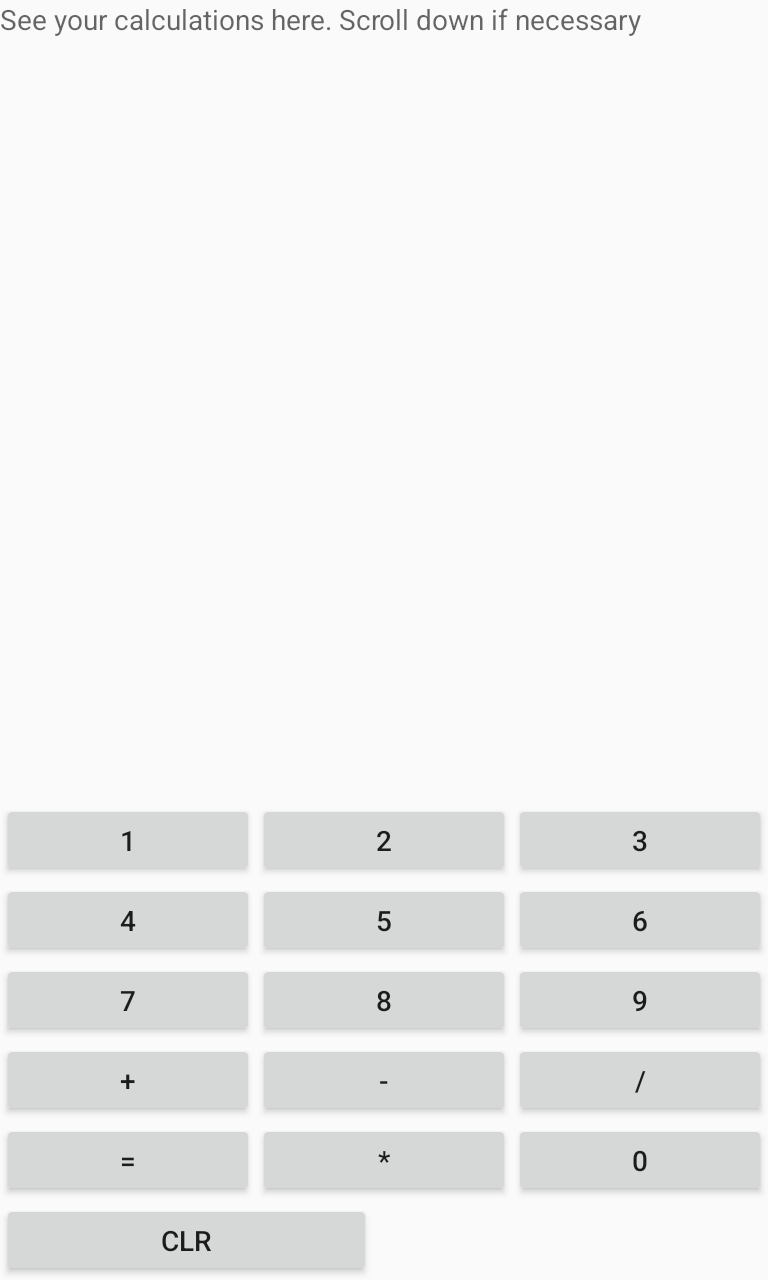
Repository: apoorvelec/AndroidApps
Layout: Calculator1pt1/res/layout/activity_main.xml
An editor plug-in stored every save of this project. The layout is shown before and after the next save, followed by the edit.
It is drawn on a 768 x 1280 px phone screen (xhdpi) without system bars, with theme AppTheme; the app's code is not run.

Above is the layout before, as saved 2016-05-22 18:10:28.

After the next save:
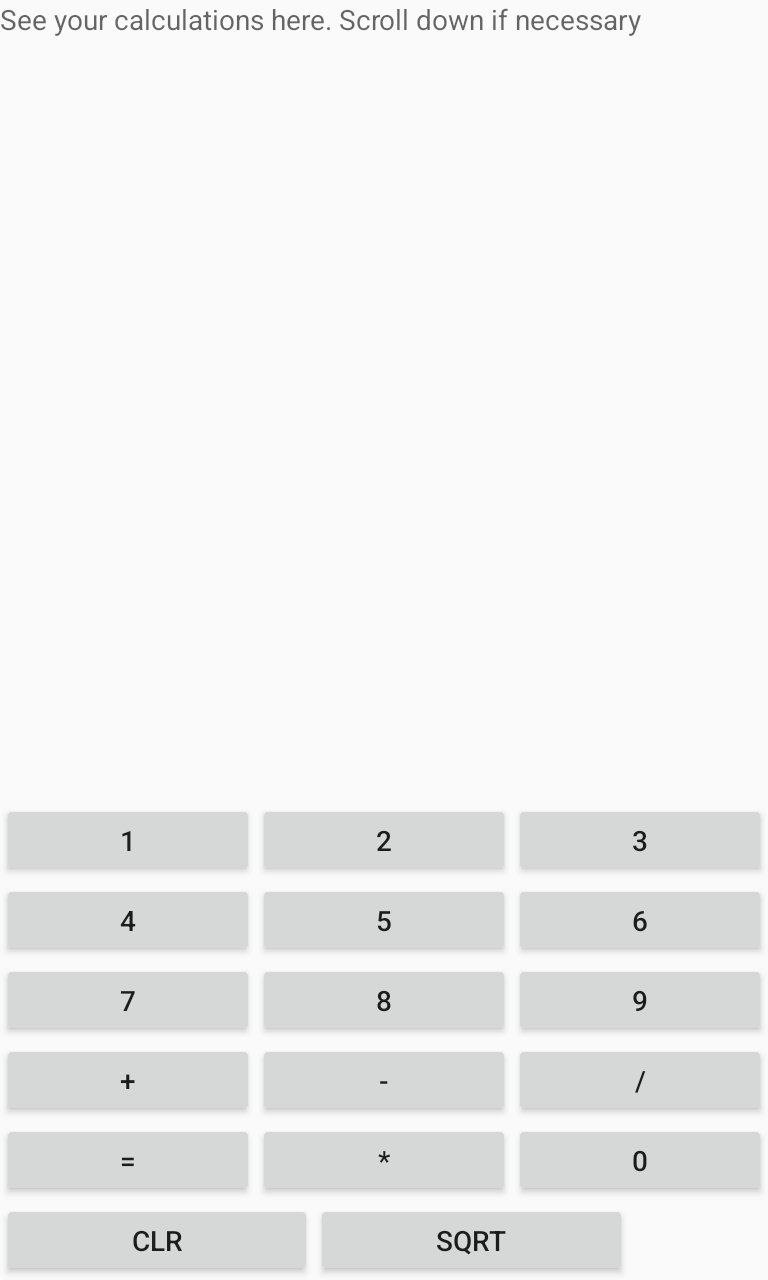
Saved 4 min 44 s later.
--- a/Calculator1pt1/res/layout/activity_main.xml
+++ b/Calculator1pt1/res/layout/activity_main.xml
@@ -142,5 +142,11 @@
            android:text="CLR"
            android:layout_weight="1"
            android:onClick="buttonClick"/>
+       <Button android:id="@+id/button17"
+           android:layout_width="wrap_content"
+           android:layout_height="wrap_content"
+           android:text="SQRT"
+           android:layout_weight="1"
+           android:onClick="buttonClick"/>
    </LinearLayout>
 </LinearLayout>
